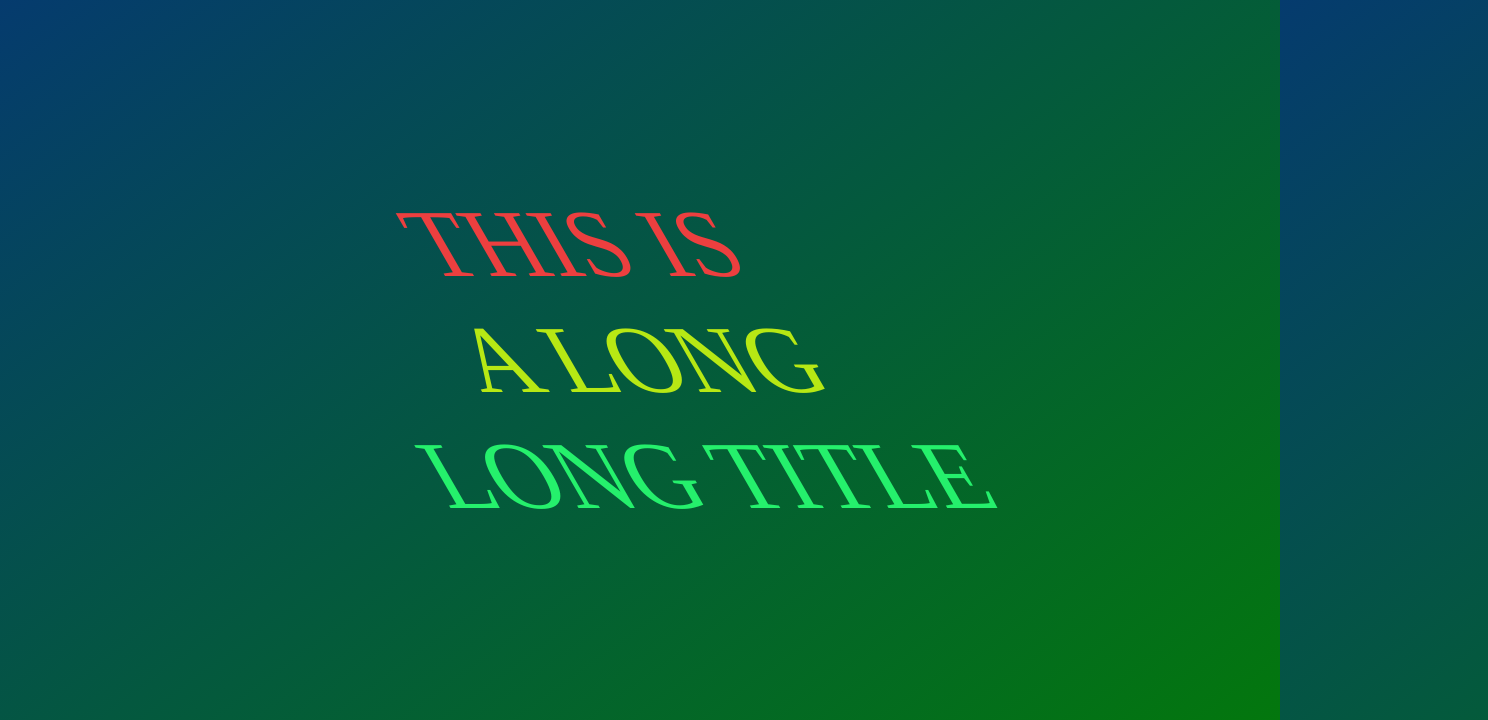
Repository: zuuo/--
Page: 文字入场动画1/index.html
An editor plug-in stored every save of this project. The page is shown before and after the next save, followed by the edit.
The browser window is 1280 px wide. The page is 1488 px wide, so the pictures cover 1488 px, including what lies to the right of the window. The pictures show the whole page.
The style sheet was rebuilt from its Sass, Less or Tailwind sources for each picture, by a compiler version that may differ from the author's.

Above is the page before, as saved 2024-03-03 21:02:19.

### 文字入场动画1/index.html
<!DOCTYPE html>
<html lang="en">

<head>
    <meta charset="UTF-8">
    <meta name="viewport" content="width=device-width, initial-scale=1.0">
    <title>文字入场动画1</title>
    <link rel="stylesheet" href="./style.css">
</head>

<body>
    <div class="title">
        <p>THIS IS</p>
        <p>A LONG</p>
        <p>LONG TITLE</p>
    </div>
</body>
<script src="index.js"></script>

</html>

### 文字入场动画1/style.less
body {
    padding: 0;
    margin: 0;
    background-image: linear-gradient(-36deg, #03770d, #053b6e);
}

.title {
    width: 100vw;
    height: 100vh;
    display: flex;
    justify-content: center;
    align-items: center;
    flex-direction: column;
    font-size: 96px;
    transform: skew(30deg);

    p {
        line-height: 1;
        margin: 10px 0;

        &:nth-child(1) {
            color: #ec3f3f;
        }

        &:nth-child(2) {
            color: #b7e814;
        }

        &:nth-child(3) {
            color: #25f06c;
        }
    }
}

Loaded but not shown: 文字入场动画1/index.js (no stored copy; drawn as an empty file)

After the next save:
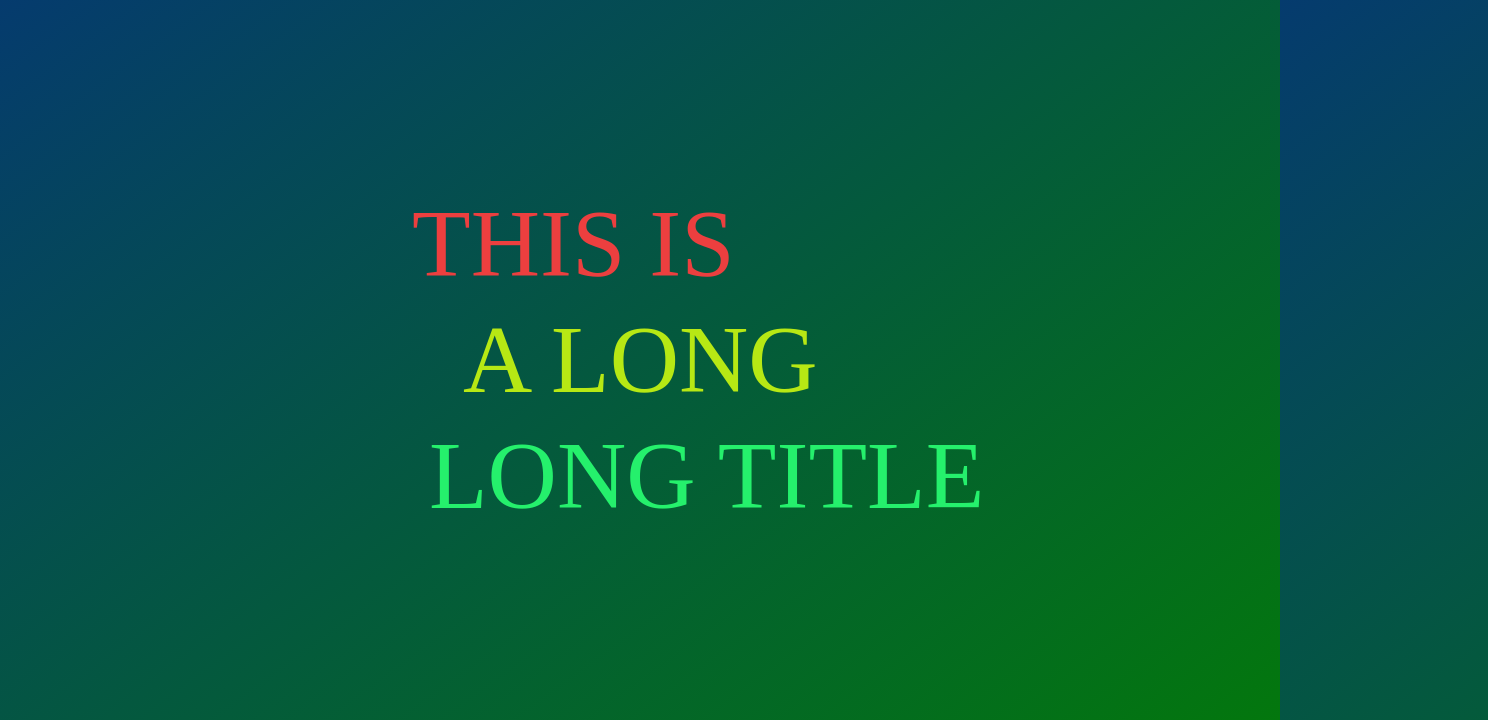
Saved 23 s later.
--- a/文字入场动画1/style.less
+++ b/文字入场动画1/style.less
@@ -29,5 +29,7 @@ body {
         &:nth-child(3) {
             color: #25f06c;
         }
+
+        transform: skew(-30deg);
     }
 }
